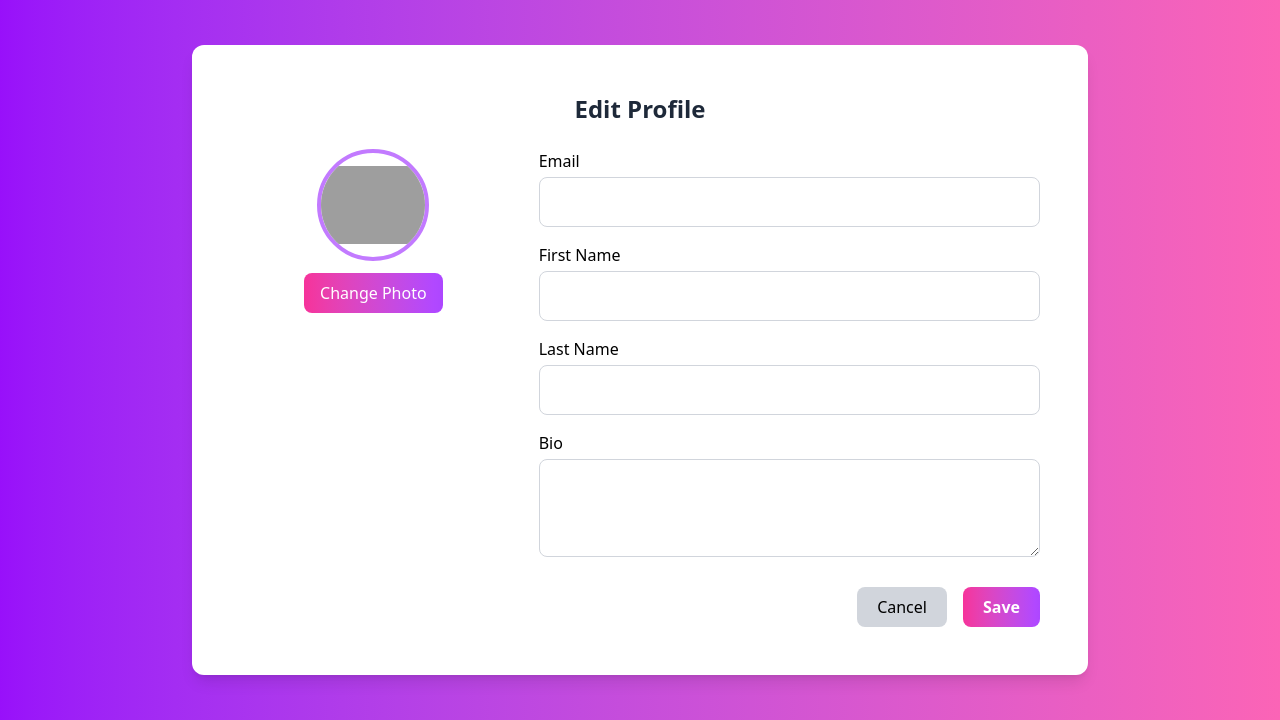
Repository: Tushal27/LinkdPlus-Frontend
Page: /Edit-Profile
An editor plug-in stored every save of this project. The page is shown before and after the next save, followed by the edit.
The browser window is 1280 px wide. The pictures show the whole page.
Pictures or frames that could not be fetched are drawn as grey boxes. The page's requests for data from a server got no answer. The project was rebuilt for these pictures with package versions that can differ from the ones it lists, and the page was loaded fresh each time. No one was signed in, and anything a server would have sent is missing. Also part of the build but not shown: vite.config.js, src/pages/Login.jsx, src/pages/Register.jsx, src/components/Navbar.jsx, src/components/Features.jsx, src/components/AboutUs.jsx, src/pages/HomePage.jsx, src/components/CommentsDrawer.jsx and 5 more.

Above is the page before, as saved 2025-08-15 00:04:18.

After the next save:
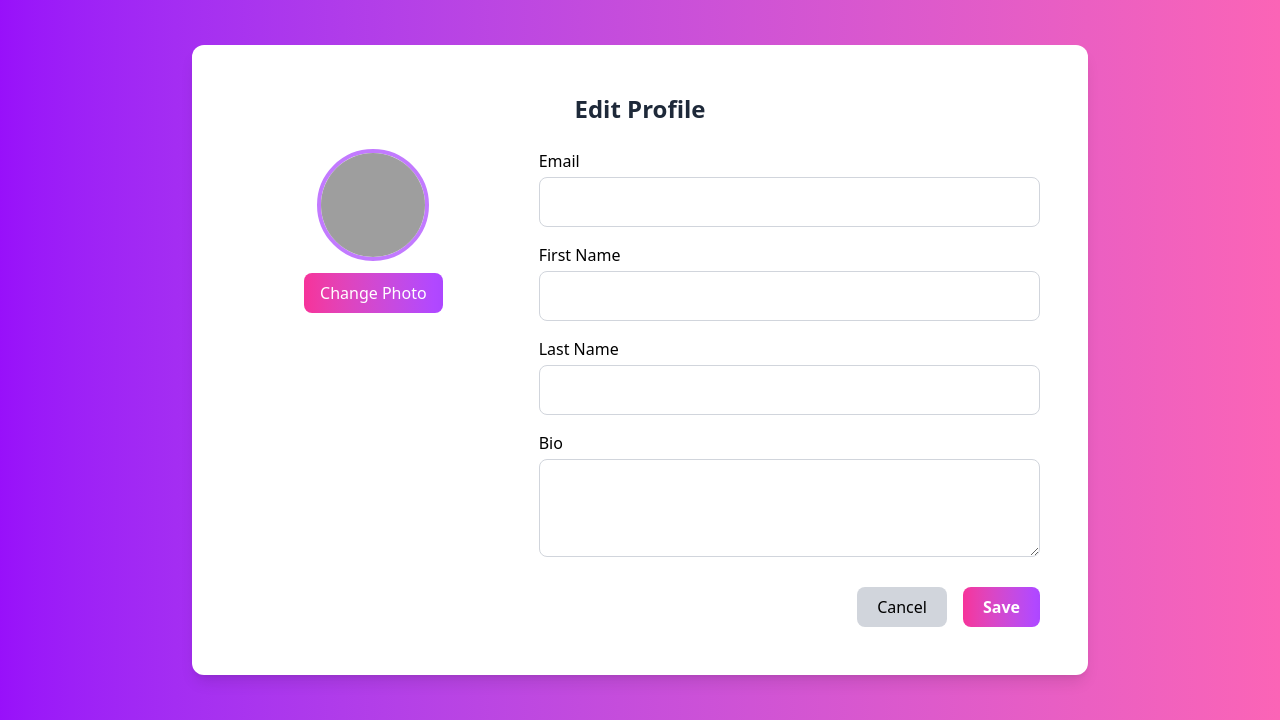
Saved 26 s later.
--- a/src/pages/EditProfile.jsx
+++ b/src/pages/EditProfile.jsx
@@ -68,7 +68,7 @@ export default function EditProfile() {
                   : "https://www.kindpng.com/picc/m/722-7221920_placeholder-profile-image-placeholder-png-transparent-png.png"
               }
               alt="Avatar"
-              className="w-28 h-28 rounded-full object-contain border-4 border-purple-400 mb-3"
+              className="w-28 h-28 rounded-full object-fill border-4 border-purple-400 mb-3"
             />
             <label className="bg-gradient-to-r from-pink-500 to-purple-500 px-4 py-2 rounded-lg text-white cursor-pointer hover:opacity-90">
               Change Photo
